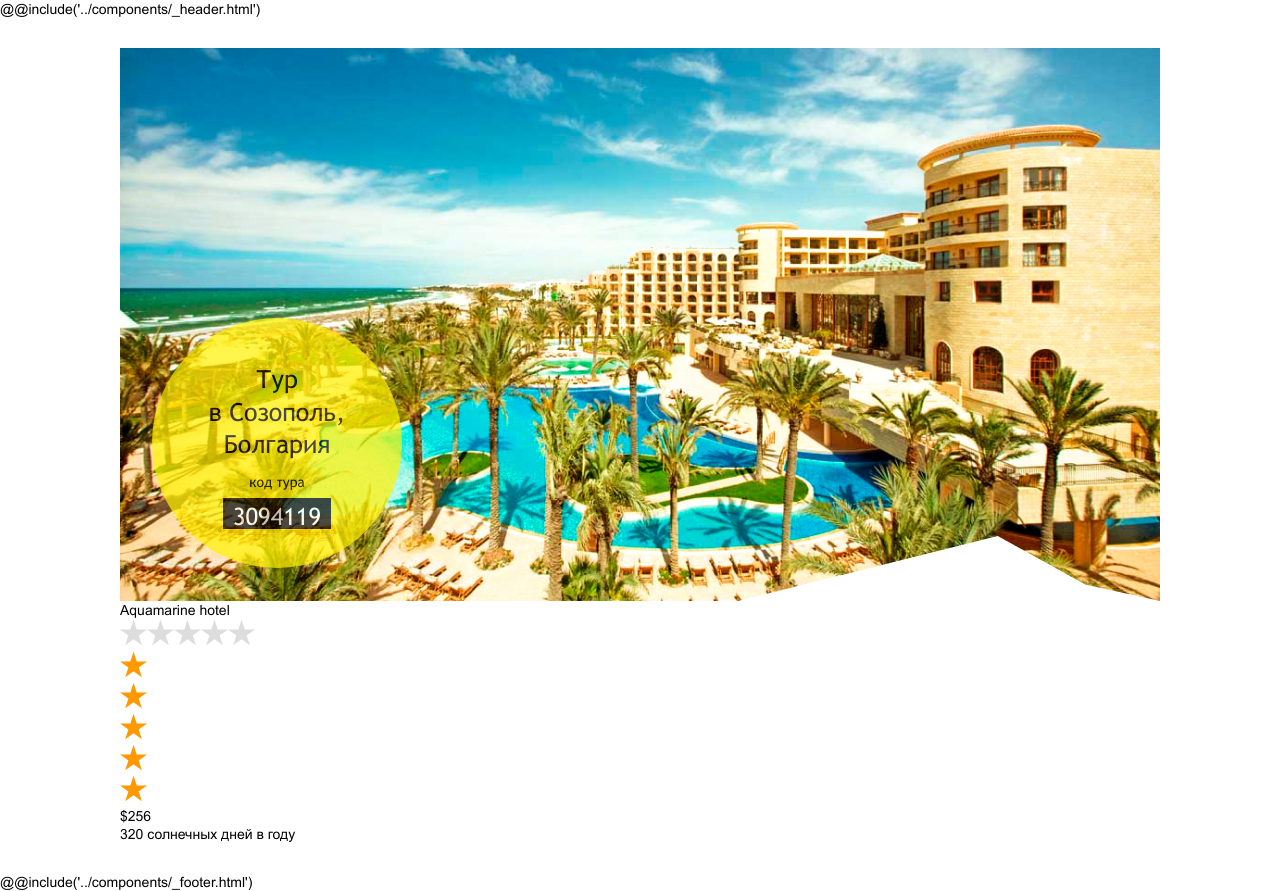
Repository: chekhunov/suntour
Page: app/html/pages/index.html
The author's editor kept a copy of each file at every save. The page is drawn from the files as they stood at one save, then again after the next save.
The browser window is 1280 px wide. The pictures show the whole page.
Some web fonts or font styles are not loaded; a fallback is used. The style sheet was rebuilt from its Sass, Less or Tailwind sources for each picture, by a compiler version that may differ from the author's.

Above is the page before, as saved 2021-03-04 13:45:58.

### app/html/pages/index.html
<!DOCTYPE html>
<html lang="en">

<head>
  <meta charset="UTF-8">
  <meta name="viewport" content="width=device-width, initial-scale=1.0">
  <title>SunTour</title>
  <link rel="stylesheet" href="css/style.min.css?v=0.1">
</head>

<body>

  @@include('../components/_header.html')

  <main class="main">

    <section class="content">

      <div class="container">

        <article class="card-hotel" href="#">

          <div class="card-hotel__image" style="background-image: url('images/content/card-hotelbg.jpg');">

            <div class="card-hotel__box">

              <div class="card-hotel__tour">

                <div class="card-hotel__title-tour">

                  <span class="card-hotel__text">
                    Тур
                  </span>

                  <span class="card-hotel__text">
                    в Созополь, Болгария
                  </span>

                </div>


                <div class="card-hotel__code-tour">

                  <label class="card-hotel__label">код тура</label>

                  <span class="card-hotel__code">

                    3094119

                  </span>

                </div>

              </div>

            </div>

          </div>

          <div class="card-hotel__content">

            <div class="card-hotel__item">

              <span class="card-hotel__title">

                Aquamarine hotel

              </span>

              <div class="star"></div>

              <span class="price">

                $256

              </span>

            </div>

            <div class="card-hotel__item">



            </div>

            <div class="card-hotel__sunday">

              <span class="card-hotel__day">

                320

              </span>

              солнечных дней в году

            </div>

          </div>


        </article>

      </div>

    </section>

  </main>

  @@include('../components/_footer.html')

  <script src="js/main.min.js"></script>

</body>

</html>

### app/scss/style.scss
@import 'vars';  //переменные для цвета для шрифта
@import 'fonts'; // подключение шрифтов
@import 'reset'; //сброс всех стилей
@import 'global'; // подключение глобальных стилей типо reset.css, то что на body для сылок
// @import 'media'; // адаптив
@import "mixins";

@import "components/header";
@import "components/card-hotel";
@import "home/home";

### app/scss/_vars.scss

%arial-400 {
  font-family: "Arial-Regular", sans-serif;
  font-weight: 400;
}

%arial-700 {
  font-family: "Arial-bold", sans-serif;
  font-weight: 700;
}

%trebuchetMS-700 {
  font-family: "TrebuchetMS-bold", sans-serif;
  font-weight: 700;
}

### app/scss/_fonts.scss
@font-face {
  font-family: "Arial-regular";
  font-weight: 400;
  font-style: normal;
  src: url("../fonts/Arial.woff2") format("woff2"),
    url("../fonts/Arial.woff") format("woff");
  font-display: swap; //самое оптимальное для пользователя при прогрузке шрифтов
}

@font-face {
  font-family: "Arial-bold";
  font-weight: 700;
  font-style: normal;
  src: url("../fonts/Arial.woff2") format("woff2"),
    url("../fonts/Arial.woff") format("woff");
  font-display: swap; //самое оптимальное для пользователя при прогрузке шрифтов
}

@font-face {
  font-family: "TrebuchetMS-bold";
  font-weight: 700;
  font-style: normal;
  src: url("../fonts/TrebuchetMS.woff2") format("woff2"),
    url("../fonts/TrebuchetMS.woff") format("woff");
  font-display: swap; //самое оптимальное для пользователя при прогрузке шрифтов
}

### app/scss/_reset.scss
/* Указываем box sizing */
/* плавный скроллинг по сайту */
/* scroll-behavior: smooth;  */
html {
  box-sizing: border-box;
}

*,
*::after,
*::before {
  box-sizing: inherit;
}

// только у них будет padding 0 если класса у них нет тогда padding будет не 0
ul,
ol {
  padding: 0;
}

/* Убираем внешние отступы */
body,
h1,
h2,
h3,
h4,
p,
ul[class],
ol[class],
li,
figure,
figcaption,
blockquote{
  margin: 0;
}

/* Выставляем основные настройки по-умолчанию для body */
body {
  min-height: 100vh;
  scroll-behavior: smooth;
  text-rendering: optimizeSpeed;
  line-height: 1.3;
}

/* Удаляем стандартную стилизацию для всех ul и il, у которых есть атрибут class*/
ul,
ol{
  list-style: none;
}

a {
  text-decoration: none;
}

/* Элементы a, у которых нет класса, сбрасываем до дефолтных стилей */
a:not([class]) {
  text-decoration-skip-ink: auto;
}

/* Упрощаем работу с изображениями */
img {
  max-width: 100%;
  display: block;
}

/* Указываем понятную периодичность в потоке данных у article*/
// article > * + * {
//   margin-top: 1em;
// }

/* Наследуем шрифты для инпутов и кнопок */
input,
button,
textarea,
select {
  font: inherit;
}

/* Удаляем все анимации и переходы для людей, которые предпочитай их не использовать */
@media (prefers-reduced-motion: reduce) {
  * {
    animation-duration: 0.01ms !important;
    animation-iteration-count: 1 !important;
    transition-duration: 0.01ms !important;
    scroll-behavior: auto !important;
  }
}

address {
  font-style: normal;
}

### app/scss/_global.scss
@import "mixins";

html,
body {
  height: 100%;
}

body {
  display: flex;
  flex-direction: column;
  font-size: 14px;
  color: black;
  background-color: white;
  @extend %arial-400;
}

// main {
//   @include _1200 {
//     position: relative;
//     transition: 0.5s;
//     z-index: 0;

//     &.main--active {
//       transform: translateX(-20%);
//     }
//   }

//   @include _560 {
//     top: 0;
//     &.main--active {
//       transform: translateX(-30%);
//     }
//   }
// }

.container {
  max-width: 1070px;
  margin: 0 auto;
  padding: 0 15px;
}

.main {
  flex-grow: 1;
}

a,
button {
  outline: transparent;
  cursor: pointer;
}

.uppercase {
  text-transform: uppercase;
}

.logo {
  &__img {
    max-width: 179px;
    max-height: 44px;
    object-fit: cover;
  }
}

### app/scss/_mixins.scss

@mixin _1500 {
  @media (max-width: 1500px) {
    @content;
  }
}

@mixin _1200 {
  @media (max-width: 1200px) {
    @content;
  }
}


@mixin _1024 {
  @media (max-width: 1024px) {
    @content;
  }
}

@mixin _860 {
  @media (max-width: 860px) {
    @content;
  }
}

@mixin _768 {
  @media (max-width: 768px) {
    @content;
  }
}


@mixin _560 {
  @media (max-width: 560px) {
    @content;
  }
}

@mixin _425 {
  @media (max-width: 425px) {
    @content;
  }
}

### app/scss/components/_header.scss
.header {
  width: 100%;
  height: 104px;
  padding: 30px 0;
  background-color: #00BFF3;
}

### app/scss/components/_card-hotel.scss
.card-hotel {
  &__image {
    max-width: 1040px;
    min-height: 553px;
    display: flex;
    justify-content: left;
    align-items: flex-end;
    background-repeat: no-repeat;
    background-position: top center;
    background-size: cover;
    object-fit: cover;
  }

  &__box {
    width: 250px;
    height: 250px;
    margin-left: 32px;
    margin-bottom: 33px;
    padding: 45px 0;
    display: flex;
    justify-content: center;
    align-items: center;
    background-color: #FFF200;
    opacity: 0.7;
    border-radius: 150px;
  }

  &__tour {
    width: 169px;
    height: 158px;
    font-size: 25px;
    text-align: center;
    @extend %trebuchetMS-700;
  }

  &__title-tour {
    display: flex;
    flex-direction: column;
      padding-bottom: 10px;
  }

  &__code-tour {
    display: flex;
    flex-direction: column;
    align-items: center;
    line-height: 1.5;
    font-size: 14px;
  }

  &__label {
    margin-bottom: 5px;
  }

  &__code {
    width: 108px;
    height: 31px;
    font-size: 24px;
    background-color: black;
    color: white;
  }
}

### app/scss/home/_home.scss
@import "home/content";

### app/scss/home/_content.scss

.content {
  padding: 30px 0;
}

Loaded but not shown: app/js/main.min.js (library)

After the next save:
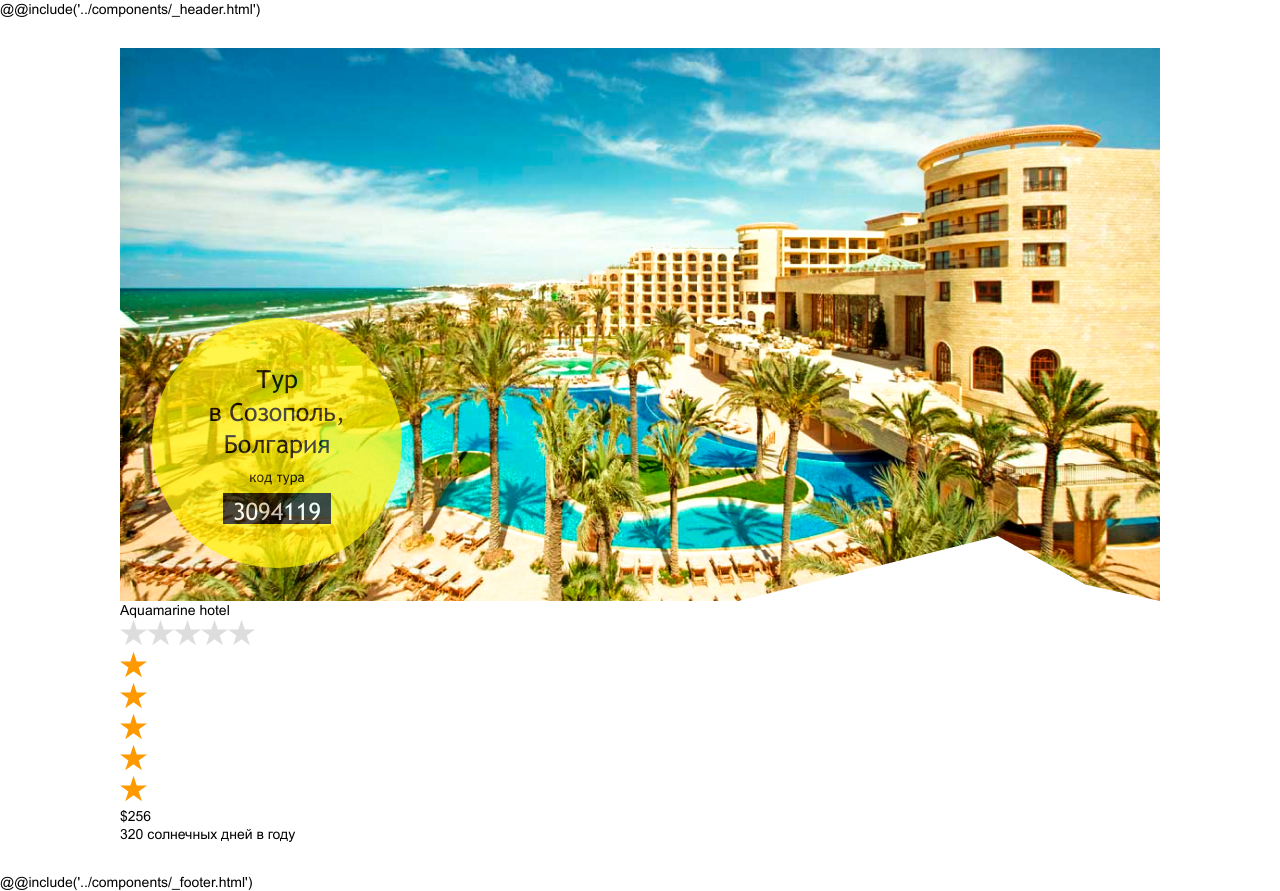
Saved 26 s later.
--- a/app/scss/components/_card-hotel.scss
+++ b/app/scss/components/_card-hotel.scss
@@ -36,7 +36,7 @@
   &__title-tour {
     display: flex;
     flex-direction: column;
-      padding-bottom: 10px;
+      padding-bottom: 5px;
   }
 
   &__code-tour {

After the save that followed:
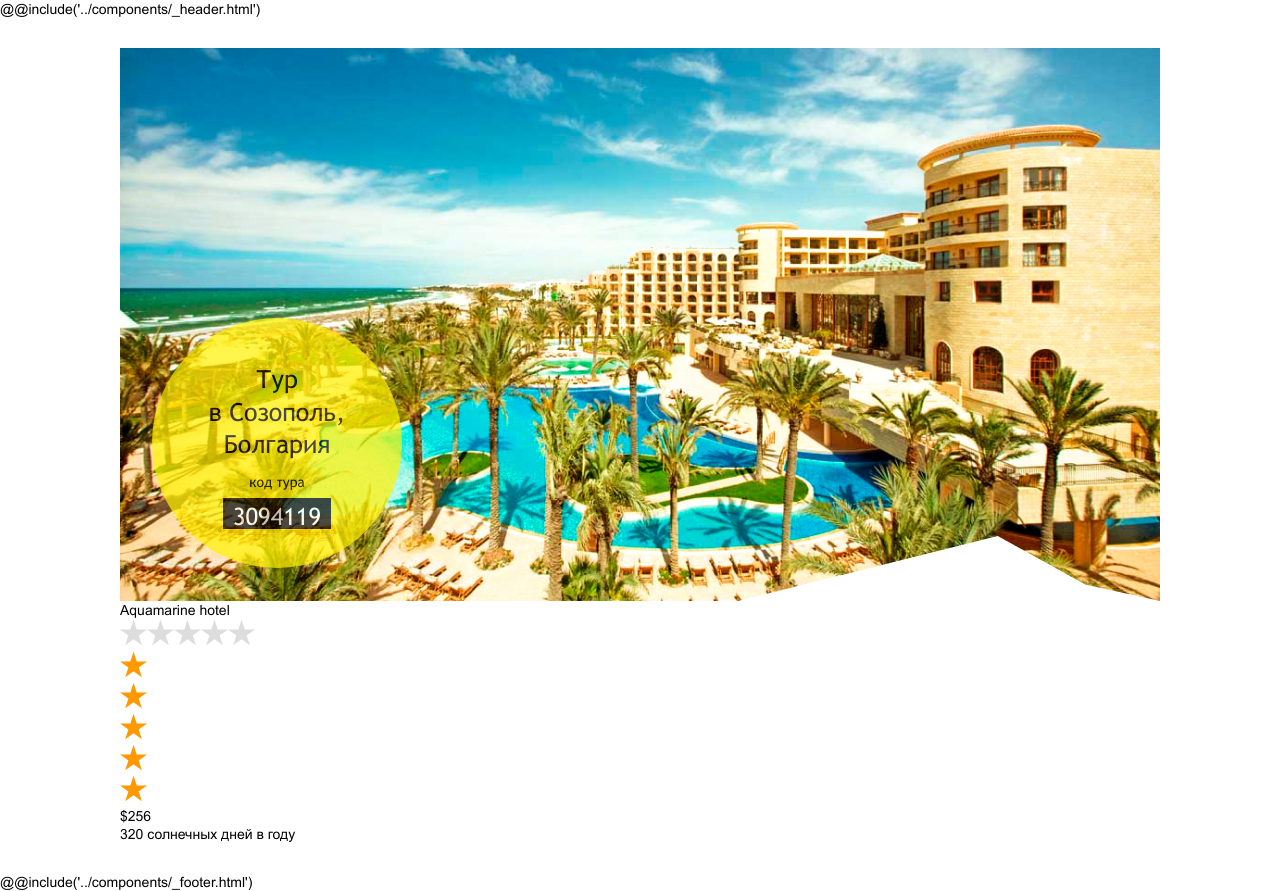
Saved 34 s later.
--- a/app/scss/components/_card-hotel.scss
+++ b/app/scss/components/_card-hotel.scss
@@ -36,7 +36,7 @@
   &__title-tour {
     display: flex;
     flex-direction: column;
-      padding-bottom: 5px;
+      padding-bottom: 10px;
   }
 
   &__code-tour {
